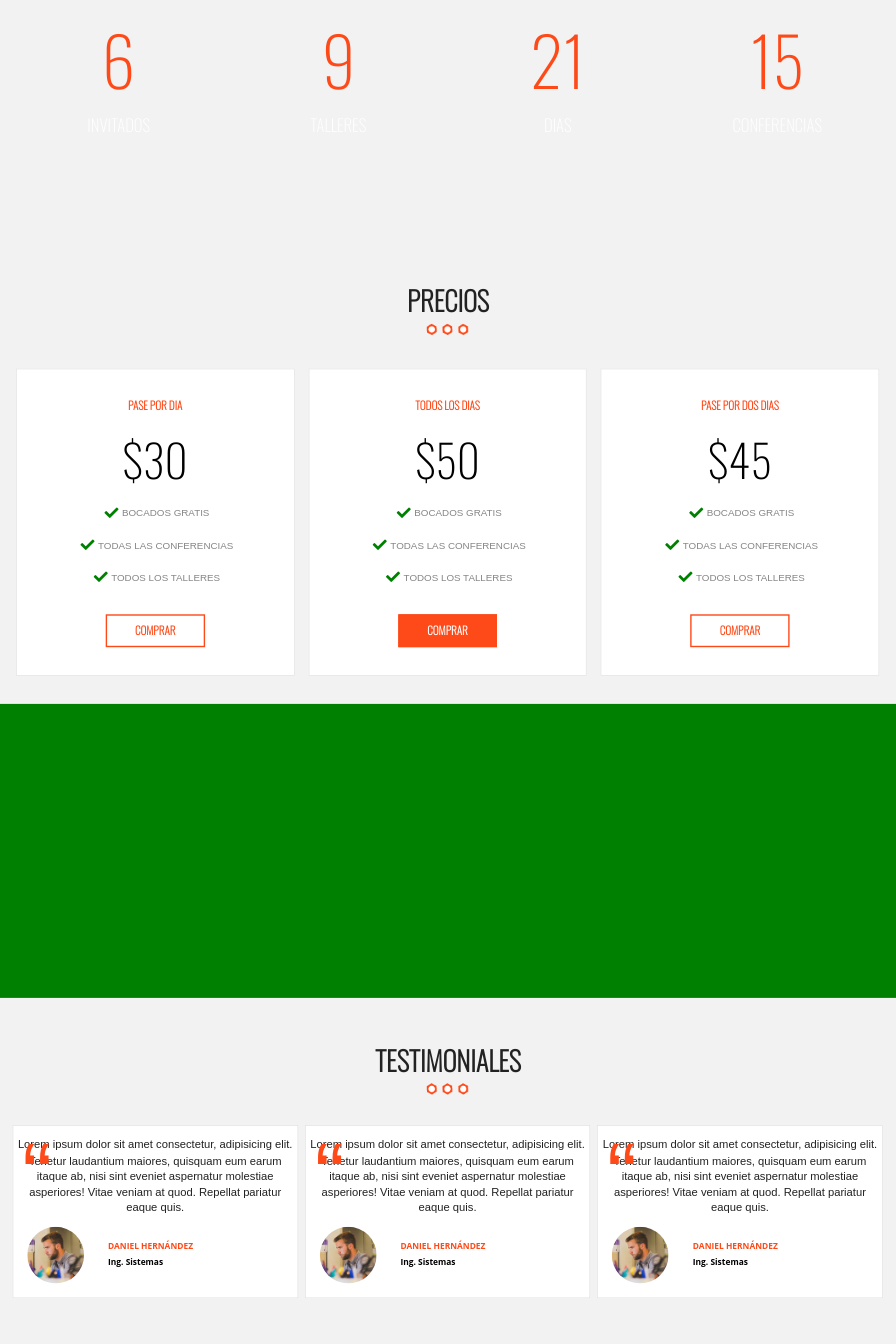
Repository: edgarhdzp/pagina-conferencias-reservaciones
Page: index.html
The author's editor kept a copy of each file at every save. The page is drawn from the files as they stood at one save, then again after the next save.
The browser window is 1280 px wide. The pictures show the part of the page from y = 3031 to 4951 px (the page is 4951 px tall), at 70% of full size.

Above is the page before, as saved 2020-07-01 19:40:26.

After the next save:
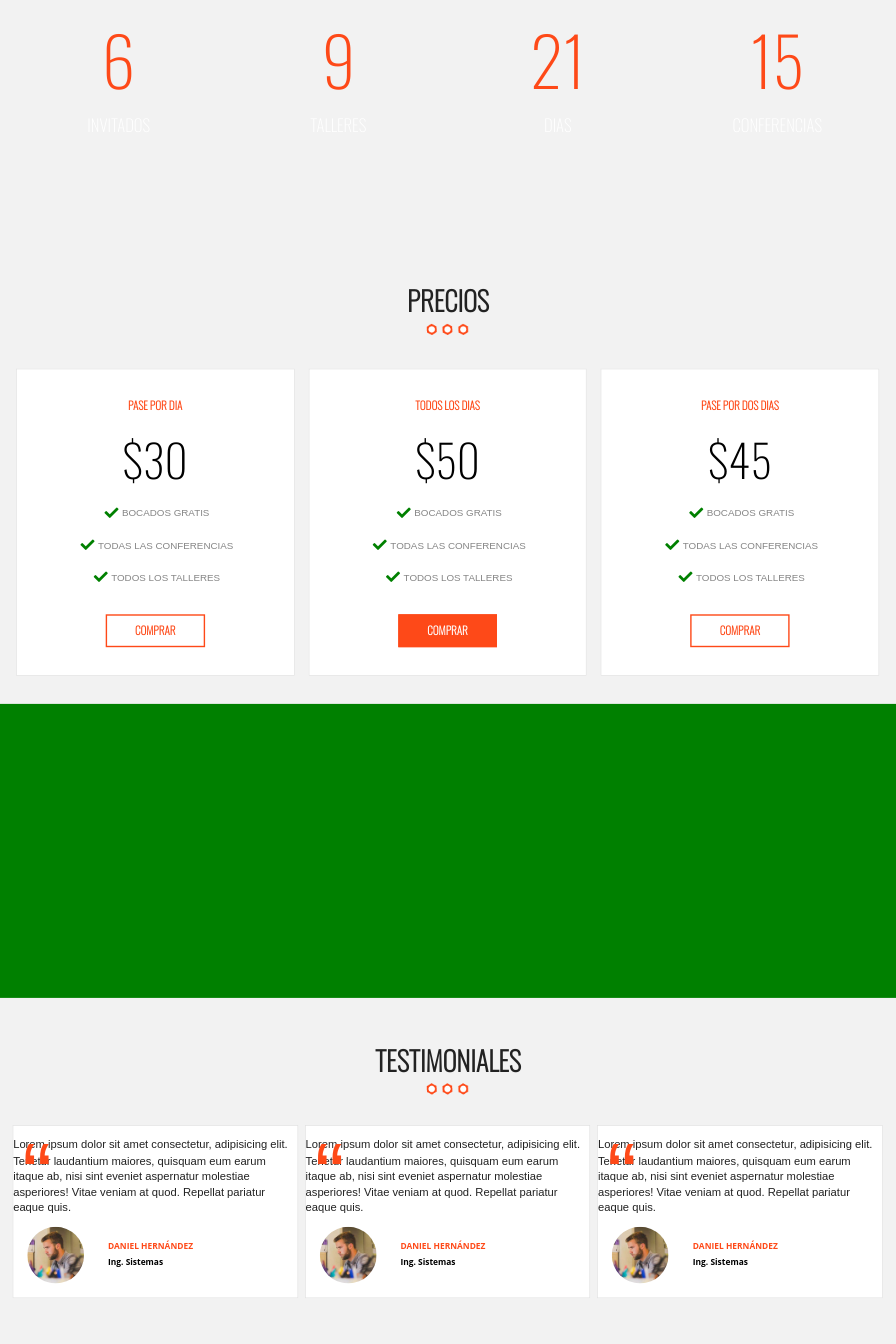
Saved 7 s later.
--- a/css/main.css
+++ b/css/main.css
@@ -665,7 +665,7 @@ blockquote {
 }
 
 blockquote p {
-    text-align: center !important;
+    text-align: left !important;
     font-size: 1em !important;
     font-family: 'PT Sans', sans-serif;
     padding-bottom: 0 20px 0 65px;
